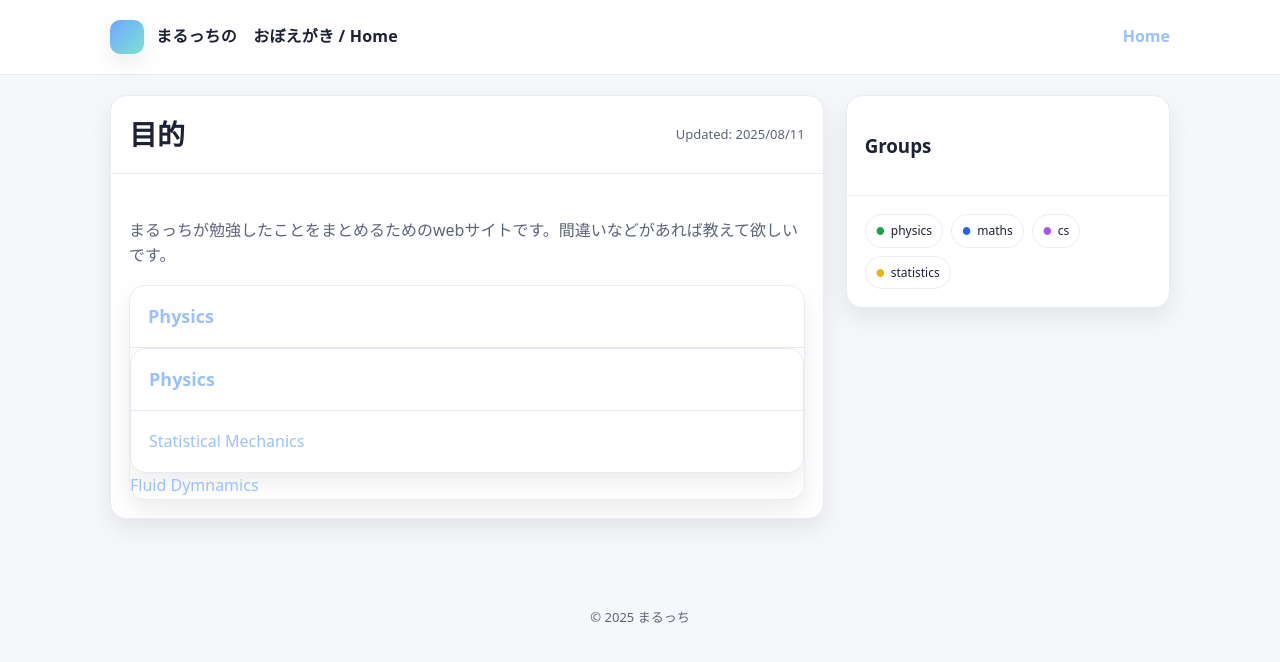
Repository: Riki-Mochimaru/tureduretunedune
Page: index.html
These files come from the project's save history. The page is drawn as it stood at one moment and after a run of saves; the edit follows.
The browser window is 1280 px wide. The pictures show the whole page.

Above is the page before, as saved 2025-08-11 23:53:26.

### index.html
<!DOCTYPE html>
<html lang="ja">
<head>
  <meta charset="utf-8" />
  <meta name="viewport" content="width=device-width, initial-scale=1" />
  <title>まるっちの おぼえがき— Home</title>
  <link rel="stylesheet" href="assets/styles.css">
</head>
<body>
  <header class="site">
    <div class="shell row">
      <div class="brand"><div class="brand-badge"></div><div>まるっちの　おぼえがき / Home</div></div>
      <nav>
        <a href="./">Home</a>
      </nav>
    </div>
  </header>

  <main class="shell">
    <section class="grid" aria-label="Articles and sidebar">
      <div>
        <article class="card post">
          <div class="hd">
            <h2>目的</h2>
            <div class="meta"><span>Updated: <time data-auto-updated datetime="">—</time></span></div>
          </div>
          <div class="bd">
            <p class="lead">まるっちが勉強したことをまとめるためのwebサイトです。間違いなどがあれば教えて欲しいです。</p>
            <div class="tags">
              <!-- <span class="tag" data-g="math"></span>
              <span class="tag" data-g="cs">#cs</span> -->
            </div>

            <!-- <h3>数式の例</h3>
            <div class="math">\\[ E = mc^2 \\]</div> -->
            <article class="card">
              <div class="hd"><h2 style="font-size:18px; margin:0;">
              <a href="physics/">Physics</a>
              </h2></div>
              <article class="card">
                <div class="hd"><h2 style="font-size:18px; margin:0;">
                <a href="physics/">Physics</a>
                </h2></div>
                <div class="bd">
                  <a href="physics/SM/">Statistical Mechanics</a>
              </article>

                <a href="physics/FluidDynamics/">Fluid Dymnamics</a>
          </div>
        </article>
      </div>

      <aside class="aside">
        <section class="card">
          <div class="hd"><h3>Groups</h3></div>
          <div class="bd">
            <div class="tags">
              <span class="tag" data-g="phys">physics</span>
              <span class="tag" data-g="math">maths</span>
              <span class="tag" data-g="cs">cs</span>
              <span class="tag" data-g="stats">statistics</span>
            </div>
          </div>
        </section>
      </aside>
    </section>
  </main>

  <footer class="site"><div class="shell">© 2025 まるっち</div></footer>

  <!-- 数式レンダリング（必要なら有効化） -->
  <script>
    window.MathJax = {
      tex: { inlineMath: [['$','$'], ['\\(','\\)']], displayMath: [['$$','$$'], ['\\[','\\]']] },
      options: { renderActions: { addMenu: [] } }
    };
  </script>
  <script src="https://cdn.jsdelivr.net/npm/mathjax@3/es5/tex-mml-chtml.js" async></script>
  <script>
    // Client-side: auto-fill "Updated" date from document.lastModified
    document.querySelectorAll('time[data-auto-updated]').forEach(t => {
      const d = new Date(document.lastModified);
      // ISO (yyyy-mm-dd)
      const iso = new Date(d.getTime() - d.getTimezoneOffset()*60000)
                    .toISOString().slice(0,10);
      t.setAttribute('datetime', iso);
      // Human-readable in Japanese (Asia/Tokyo)
      t.textContent = d.toLocaleDateString('ja-JP', {
        timeZone: 'Asia/Tokyo', year: 'numeric', month: '2-digit', day: '2-digit'
      });
    });
    </script>
</body>
</html>

### assets/styles.css
/* styles.css — Science Notes
   House style: British English prose; American English in code comments.
*/

/* =========================
   Design tokens
   ========================= */
   :root {
    --bg: #0b0c10;
    --surface: #0f1117;
    --card: #121520;
    --text: #e8ecf8;
    --subtle: #9aa3b2;
    --border: #1e2636;
    --brand: #6ea8fe;
    --accent: #7de2d1;
    --warn: #ffd166;
    --danger: #ff6b6b;
    --radius: 16px;
    --shadow: 0 10px 24px rgba(0,0,0,.35), 0 1px 0 rgba(255,255,255,.04) inset;
    --font-sans: ui-sans-serif, system-ui, -apple-system, Segoe UI, Roboto, Noto Sans JP, "Helvetica Neue", Arial;
    --font-mono: ui-monospace, SFMono-Regular, Menlo, Monaco, Consolas, "Liberation Mono", monospace;
  }
  @media (prefers-color-scheme: light) {
    :root {
      --bg: #f6f7fb; --surface: #ffffff; --card: #ffffff; --text: #1b2235; --subtle: #5b6578; --border: #e7ecf4;
      --shadow: 0 10px 24px rgba(0,0,0,.08);
    }
  }

  /* Base */
  *, *::before, *::after { box-sizing: border-box; }
  html, body { height: 100%; }
  body { margin: 0; font-family: var(--font-sans); background: var(--bg); color: var(--text); line-height: 1.6; }
  /* Accessible link look */
  a { color: #9ac1ff; text-decoration: none; }
  a:hover { text-decoration: underline; }

  /* Header */
  header.site { position: sticky; top: 0; z-index: 10; background: color-mix(in oklab, var(--surface) 92%, transparent); border-bottom: 1px solid var(--border); backdrop-filter: blur(6px); }
  .shell { max-width: 1100px; margin: 0 auto; padding: 20px; }
  .row { display: grid; grid-template-columns: 1fr auto; align-items: center; gap: 16px; }
  .brand { display: flex; align-items: center; gap: 12px; font-weight: 800; letter-spacing: .2px; }
  .brand-badge { width: 34px; height: 34px; border-radius: 10px; background: linear-gradient(135deg, var(--brand), var(--accent)); box-shadow: var(--shadow); }
  nav a { margin-left: 16px; font-weight: 600; }

  /* Layout */
  main { padding-top: 10px; }
  .grid { display: grid; grid-template-columns: 2.2fr 1fr; gap: 22px; align-items: start; }
  @media (max-width: 980px) { .grid { grid-template-columns: 1fr; } }

  /* Cards */
  .card { background: var(--card); border: 1px solid var(--border); border-radius: var(--radius); box-shadow: var(--shadow); overflow: clip; }
  .card .hd { padding: 16px 18px; border-bottom: 1px solid var(--border); display:flex; align-items:center; justify-content: space-between; }
  .card .bd { padding: 18px; }

  /* Tag/Group chips */
  .tags { display:flex; flex-wrap: wrap; gap: 8px; }
  .tag { --c: #334155; color: var(--text); font-size: 12px; padding: 6px 10px; border: 1px solid var(--border); border-radius: 999px; background: color-mix(in oklab, var(--card) 88%, transparent); }
  .tag[data-g="math"]   { --c: #2563eb; }
  .tag[data-g="phys"]   { --c: #16a34a; }
  .tag[data-g="cs"]     { --c: #a855f7; }
  .tag[data-g="stats"]  { --c: #eab308; }
  .tag[data-g="ethics"] { --c: #ef4444; }
  .tag::before { content: "●"; font-size: 10px; margin-right: 6px; color: var(--c); }

  /* Article */
  article.post { display: grid; gap: 10px; }
  article.post h2 { margin: 0; font-size: clamp(20px, 2.6vw, 28px); }
  .meta { color: var(--subtle); font-size: 13px; display:flex; gap: 12px; flex-wrap: wrap; }
  .lead { color: var(--subtle); }

  /* Math blocks (TeX text before JS render) */
  .math { font-family: var(--font-mono); background: color-mix(in oklab, var(--card) 90%, transparent); border: 1px dashed var(--border); border-radius: 10px; padding: 10px 12px; overflow:auto; }
  .eqno { float: right; color: var(--subtle); margin-left: 8px; }

  /* Comment UI (static) */
  .comments { margin-top: 8px; border-top: 1px dashed var(--border); padding-top: 10px; }
  .comment { display: grid; grid-template-columns: 40px 1fr; gap: 10px; padding: 12px 0; }
  .comment + .comment { border-top: 1px dashed var(--border); }
  .avatar { width: 40px; height: 40px; border-radius: 50%; background: linear-gradient(135deg, var(--brand), var(--accent)); display:grid; place-items:center; font-weight: 800; color: #0008; }
  .who { font-weight: 700; }
  .when { color: var(--subtle); font-size: 12px; }

  /* Simple form look (non-functional without JS/backend) */
  .form { display: grid; gap: 10px; background: color-mix(in oklab, var(--card) 90%, transparent); border: 1px solid var(--border); border-radius: 12px; padding: 12px; }
  .input, .textarea { width: 100%; padding: 10px 12px; border-radius: 10px; border: 1px solid var(--border); background: var(--surface); color: var(--text); outline: none; }
  .input:focus, .textarea:focus { box-shadow: 0 0 0 6px #2a5fff33; }
  .btn { display: inline-flex; align-items: center; justify-content: center; gap: 8px; padding: 10px 14px; font-weight: 700; border-radius: 10px; border: 1px solid var(--border); background: linear-gradient(180deg, var(--brand), #4d86f7); color: #fff; cursor: not-allowed; opacity: .8; }
  .hint { font-size: 12px; color: var(--subtle); }

  /* Aside */
  .aside .card + .card { margin-top: 18px; }
  .list { display: grid; gap: 10px; }

  /* Footer */
  footer.site { margin-top: 28px; color: var(--subtle); font-size: 13px; text-align: center; padding: 20px 0 40px; }

  /* Print */
  @media print {
    header.site, footer.site { display:none; }
    .card { box-shadow: none; border-color: #ccc; }
    a { color: #000; text-decoration: none; }
  }

After the next 2 saves:
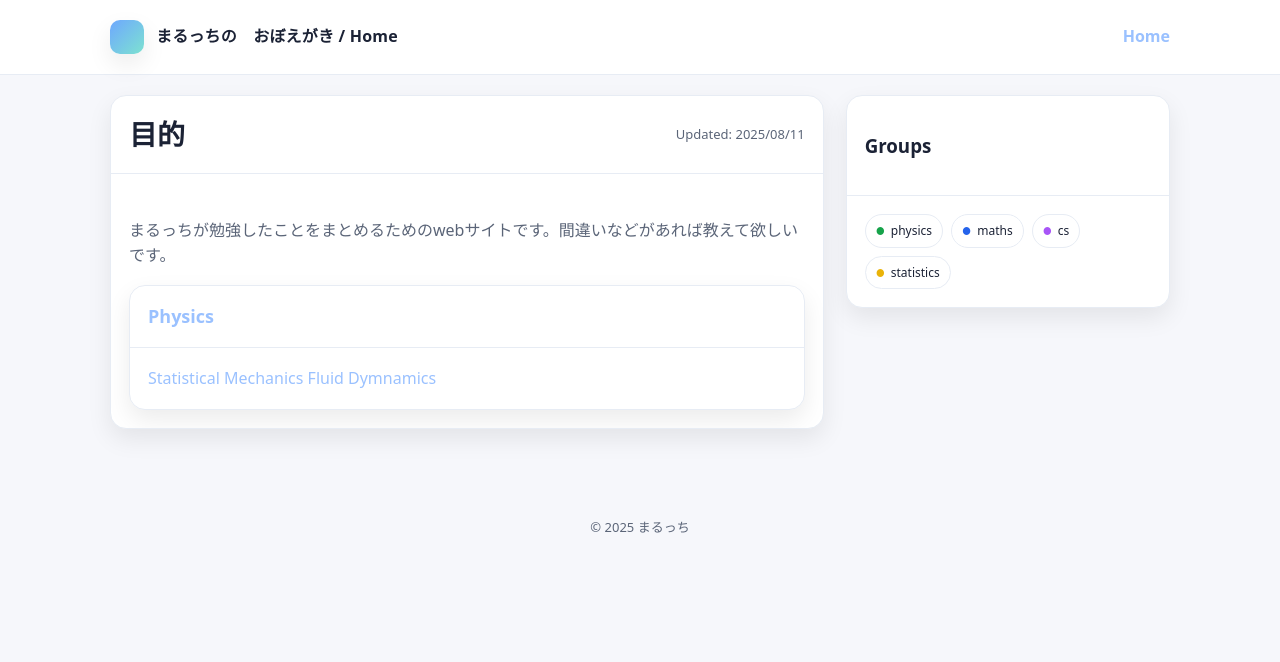
The 2 saves are shown as one change because they came seconds apart.
The last was saved 22 s later.
--- a/index.html
+++ b/index.html
@@ -37,15 +37,11 @@
               <div class="hd"><h2 style="font-size:18px; margin:0;">
               <a href="physics/">Physics</a>
               </h2></div>
-              <article class="card">
-                <div class="hd"><h2 style="font-size:18px; margin:0;">
-                <a href="physics/">Physics</a>
-                </h2></div>
-                <div class="bd">
-                  <a href="physics/SM/">Statistical Mechanics</a>
-              </article>
+              <div class="bd">
 
+                <a href="physics/SM/">Statistical Mechanics</a>
                 <a href="physics/FluidDynamics/">Fluid Dymnamics</a>
+            </article>
           </div>
         </article>
       </div>
